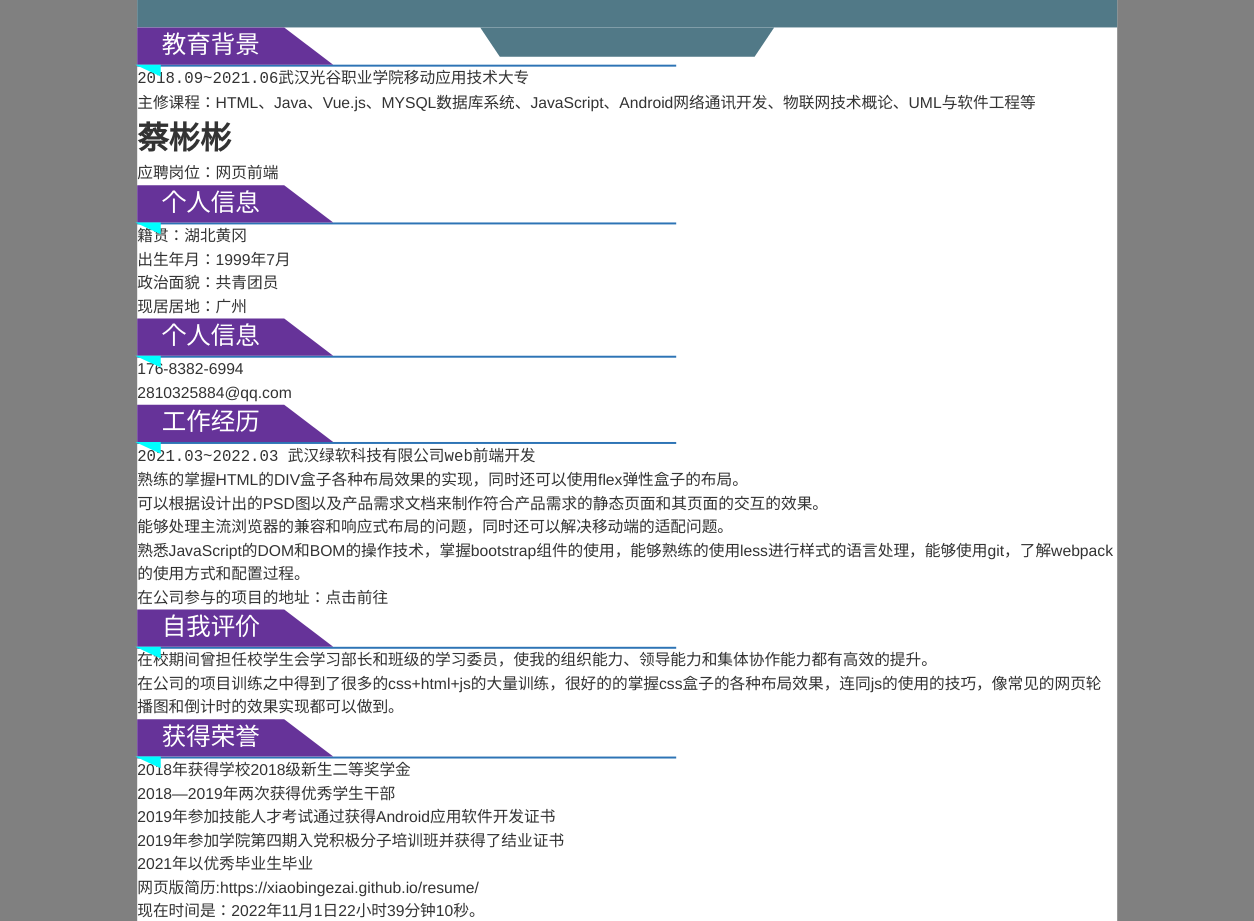
Repository: xiaobingezai/resume
Page: index.html
The author's editor kept a copy of each file at every save. The page is drawn from the files as they stood at one save, then again after the next save.
The browser window is 1280 px wide. The pictures show the whole page, at 98% of full size.

Above is the page before, as saved 2022-11-02 21:17:44.

### index.html
<!DOCTYPE html>
<html lang="en">

<head>
    <meta charset="UTF-8">
    <meta http-equiv="X-UA-Compatible" content="IE=edge">
    <meta name="viewport" content="width=device-width, initial-scale=1.0">
    <title>Document</title>
    <link rel="stylesheet" href="css/index.css">
</head>

<body>
    <div class="wrapper" id="zhengTi">
        <div id="head">
            <div class="jiaoYuBeiJing">
                <div class="zhuangShiTuPian"><samp>教育背景</samp></div>
                <div class="samp1">
                    <samp>2018.09~2021.06</samp><samp>武汉光谷职业学院</samp><samp>移动应用技术</samp><samp>大专</samp>
                </div>
                <p>主修课程：HTML、Java、Vue.js、MYSQL数据库系统、JavaScript、Android网络通讯开发、物联网技术概论、UML与软件工程等</p>
            </div>
        </div>
        <div id="content" class="clearfix">
            <div class="gongZuoJingLi1">
                <div class="first">
                    <h1>蔡彬彬</h1>
                    <p>应聘岗位：网页前端</p>
                </div>
                <div class="second">
                    <div class="zhuangShiTuPian"><samp>个人信息</samp></div>
                    <ul class="ul1">
                        <li>籍贯：湖北黄冈</li>
                        <li>出生年月：1999年7月</li>
                        <li>政治面貌：共青团员</li>
                        <li>现居居地：广州</li>
                    </ul>
                </div>
                <div class="third">
                    <div class="zhuangShiTuPian"><samp>个人信息</samp></div>
                    <ul class="ul2">
                        <li>176-8382-6994</li>
                        <li>2810325884@qq.com</li>
                    </ul>
                </div>
            </div>
            <div class="gongZuoJingLi">
                <div class="zhuangShiTuPian"><samp>工作经历</samp></div>

                <ul class="gongZuoJingLi2">
                    <div class="gongZuo">
                        <samp>2021.03~2022.03 </samp><samp>武汉绿软科技有限公司</samp><samp>web前端开发</samp>
                    </div>
                    <li>熟练的掌握HTML的DIV盒子各种布局效果的实现，同时还可以使用flex弹性盒子的布局。</li>
                    <li>可以根据设计出的PSD图以及产品需求文档来制作符合产品需求的静态页面和其页面的交互的效果。</li>
                    <li>能够处理主流浏览器的兼容和响应式布局的问题，同时还可以解决移动端的适配问题。</li>
                    <li>熟悉JavaScript的DOM和BOM的操作技术，掌握bootstrap组件的使用，能够熟练的使用less进行样式的语言处理，能够使用git，了解webpack的使用方式和配置过程。</li>
                    <li>在公司参与的项目的地址：<a href="http://www.downyi.com/" target="blank">点击前往</a></li>
                </ul>
            </div>
        </div>
        <div id="tail" class="clearfix">
            <div class="diBu1">
                <div class="zhuangShiTuPian"><samp>自我评价</samp></div>
                <ul>
                    <li>在校期间曾担任校学生会学习部长和班级的学习委员，使我的组织能力、领导能力和集体协作能力都有高效的提升。</li>
                    <li>在公司的项目训练之中得到了很多的css+html+js的大量训练，很好的的掌握css盒子的各种布局效果，连同js的使用的技巧，像常见的网页轮播图和倒计时的效果实现都可以做到。</li>
                </ul>
            </div>
            <div class="diBu2">
                <div class="zhuangShiTuPian"><samp>获得荣誉</samp></div>
                <ul>
                    <li>2018年获得学校2018级新生二等奖学金</li>
                    <li>2018—2019年两次获得优秀学生干部</li>
                    <li>2019年参加技能人才考试通过获得Android应用软件开发证书</li>
                    <li>2019年参加学院第四期入党积极分子培训班并获得了结业证书</li>
                    <li>2021年以优秀毕业生毕业</li>
                </ul>
            </div>
        </div>
        <div id="jianLi">
            <p >网页版简历:<a href="https://xiaobingezai.github.io/resume/" target="blank">https://xiaobingezai.github.io/resume/</a></p>
            <div class="daoJiShi"></div>
        </div>

        <script src="./js/index.js">
        </script>
    </div>

</body>

</html>

### css/index.css
/* 清除默认样式的代码 */
/* 去除常见标签默认的 margin 和 padding */
body,
h1,
h2,
h3,
h4,
h5,
h6,
p,
ul,
ol,
li,
dl,
dt,
dd,
input {
    margin: 0;
    padding: 0;
}

/* 內减模式 */
* {
    box-sizing: border-box;
}

/* 设置网页统一的字体大小、行高、字体系列相关属性 */
body {
    font: 16px/1.5 "Helvetica Neue", Helvetica, Arial, "Microsoft Yahei",
        "Hiragino Sans GB", "Heiti SC", "WenQuanYi Micro Hei", sans-serif;
    color: #333;
}

/* 去除列表默认样式 */
ul,
ol {
    list-style: none;
}

/* 去除默认的倾斜效果 */
em,
i {
    font-style: normal;
}

/* 去除a标签默认下划线，并设置默认文字颜色 */
a {
    text-decoration: none;
    color: #333;
}

/* 设置img的垂直对齐方式为居中对齐，去除img默认下间隙 */
img {
    vertical-align: middle;
}

/* 去除input默认样式 */
input {
    border: none;
    outline: none;
    color: #333;
}

/* 左浮动 */
.fl {
    float: left;
}

/* 右浮动 */
.fr {
    float: right;
}

/* 双伪元素清除法 */
.clearfix::before,
.clearfix::after {
    content: "";
    display: table;
}

.clearfix::after {
    clear: both;
}

/* 版心居中 */
.wrapper {
    width: 1240px;
    margin: 0 auto;
}

/* 网页的整体外框 */
#zhengTi {
    width: 1000px;
    background-color: #fff;
}

body{
    background-color: rgba(128, 128,128);
}
/* 装饰横条背景 */
.zhuangShiTuPian {
    position: relative;
    text-align: center;
    line-height: 40px;
    font-size: 25px;
    color: #fff;
    width: 550px;
    height: 40px;
    border-bottom: 2px solid #2d74b5;
}
.zhuangShiTuPian::after {
    content: '';
    position: absolute;
    left: -2px;

    width: 0;
    height: 0;
    border-width: 0 26px 12px 0;
    border-style: solid;
    border-color: transparent aqua;
}
.zhuangShiTuPian samp {
    display: block;
    width: 200px;
    height: 0;
    border-bottom: 38px solid rebeccapurple;
    border-right: 50px solid transparent;
}

/* 最外层的盒子的样式设置 */
#zhengTi {
    border-top: 28px solid #517987 ;
}
#zhengTi::before {
    content: '';
    width: 260px;
    height: 28px;
    position: absolute;
    top: 28px;
    left: 50%;
    transform: translateX(-50%);
    border-width: 30px 20px 0 20px;
    border-style: solid;
    border-color: #517987 transparent transparent transparent;
}

### js/index.js
let daoJiShi = document.querySelector('.daoJiShi');
            shiJian();
            function shiJian() {
                let time = new Date();
                let nian = time.getFullYear();
                let yue = time.getMonth();
                let ri = time.getDate();
                let h = time.getHours();
                let m = time.getMinutes();
                let s = time.getSeconds();
                let dangQianShiJian = '现在时间是：' + +nian + '年' + (yue + 1) + '月' + ri + '日' + h + '小时' + m + '分钟' + s + '秒' +
                    '。';
                daoJiShi.innerHTML = dangQianShiJian;
            }
            setInterval('shiJian()', 1000);

After the next save:
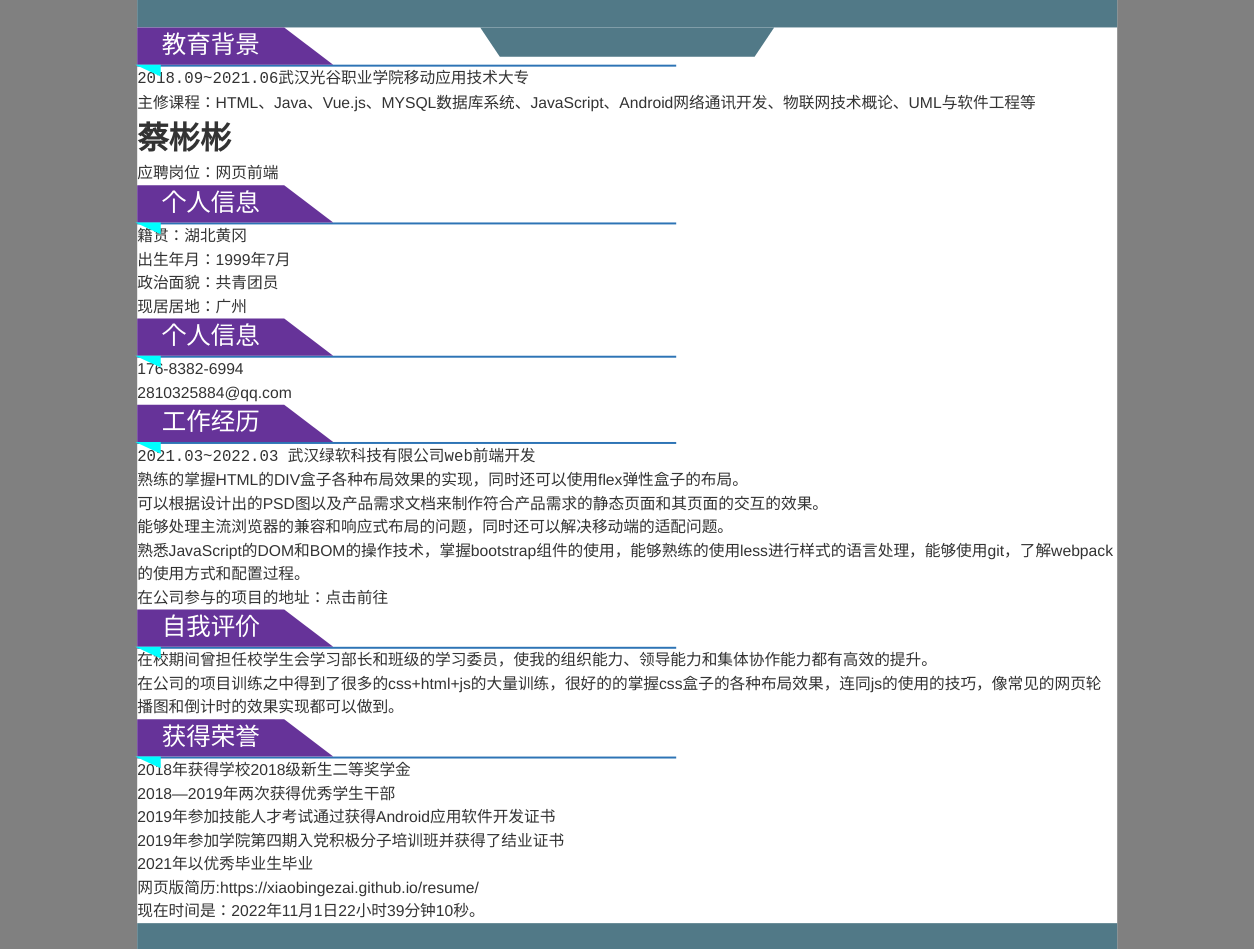
Saved 18 s later.
--- a/css/index.css
+++ b/css/index.css
@@ -130,6 +130,7 @@ body{
 /* 最外层的盒子的样式设置 */
 #zhengTi {
     border-top: 28px solid #517987 ;
+    border-bottom: 28px solid #517987 ;
 }
 #zhengTi::before {
     content: '';
